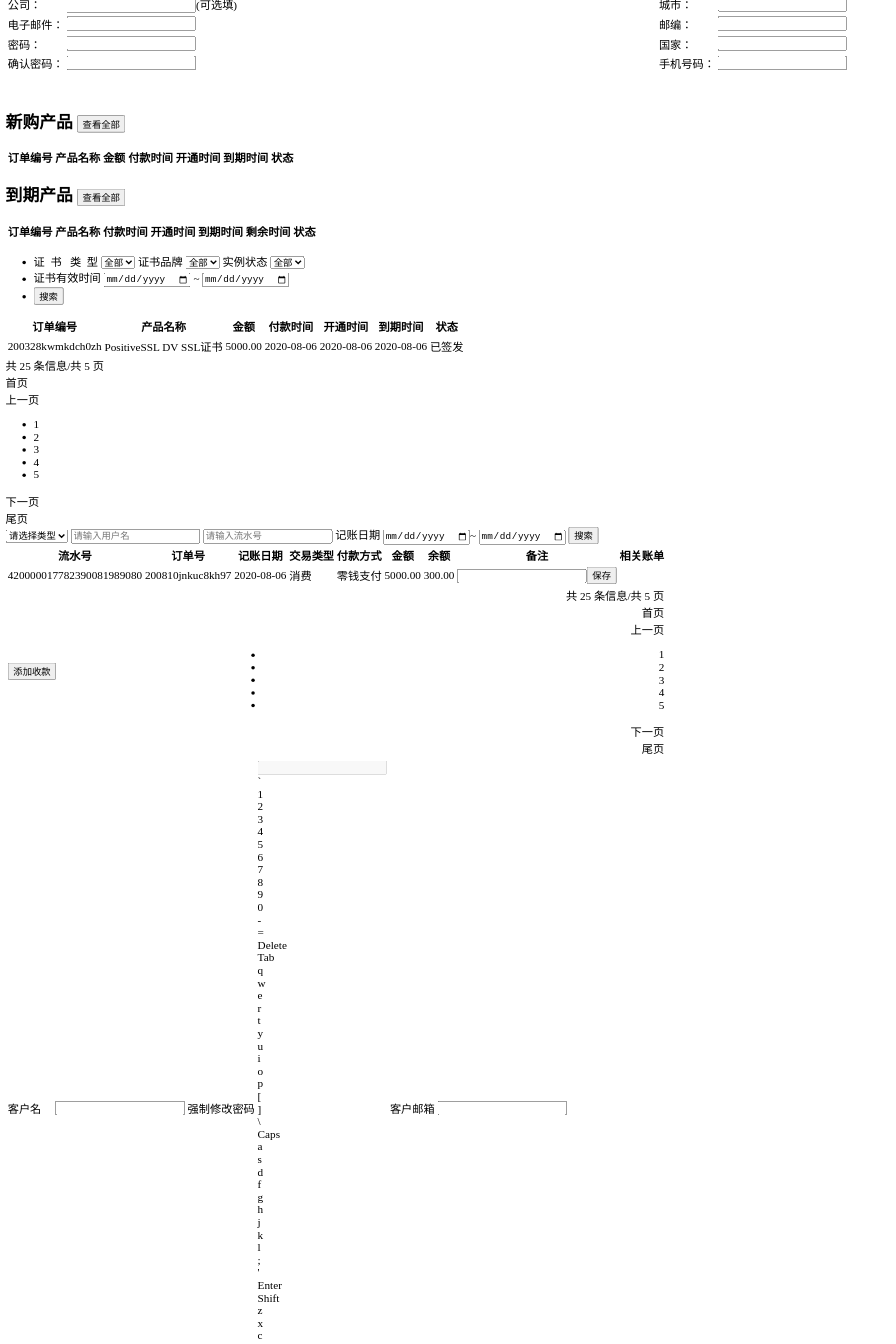
Repository: wangyan466393/racentSystem
Page: customerData.html
An editor plug-in stored every save of this project. The page is shown before and after the next save, followed by the edit.
The browser window is 1280 px wide. The pictures show the part of the page from y = 1288 to 3208 px (the page is 3483 px tall), at 70% of full size.

Above is the page before, as saved 2020-08-13 17:46:13.

After the next save:
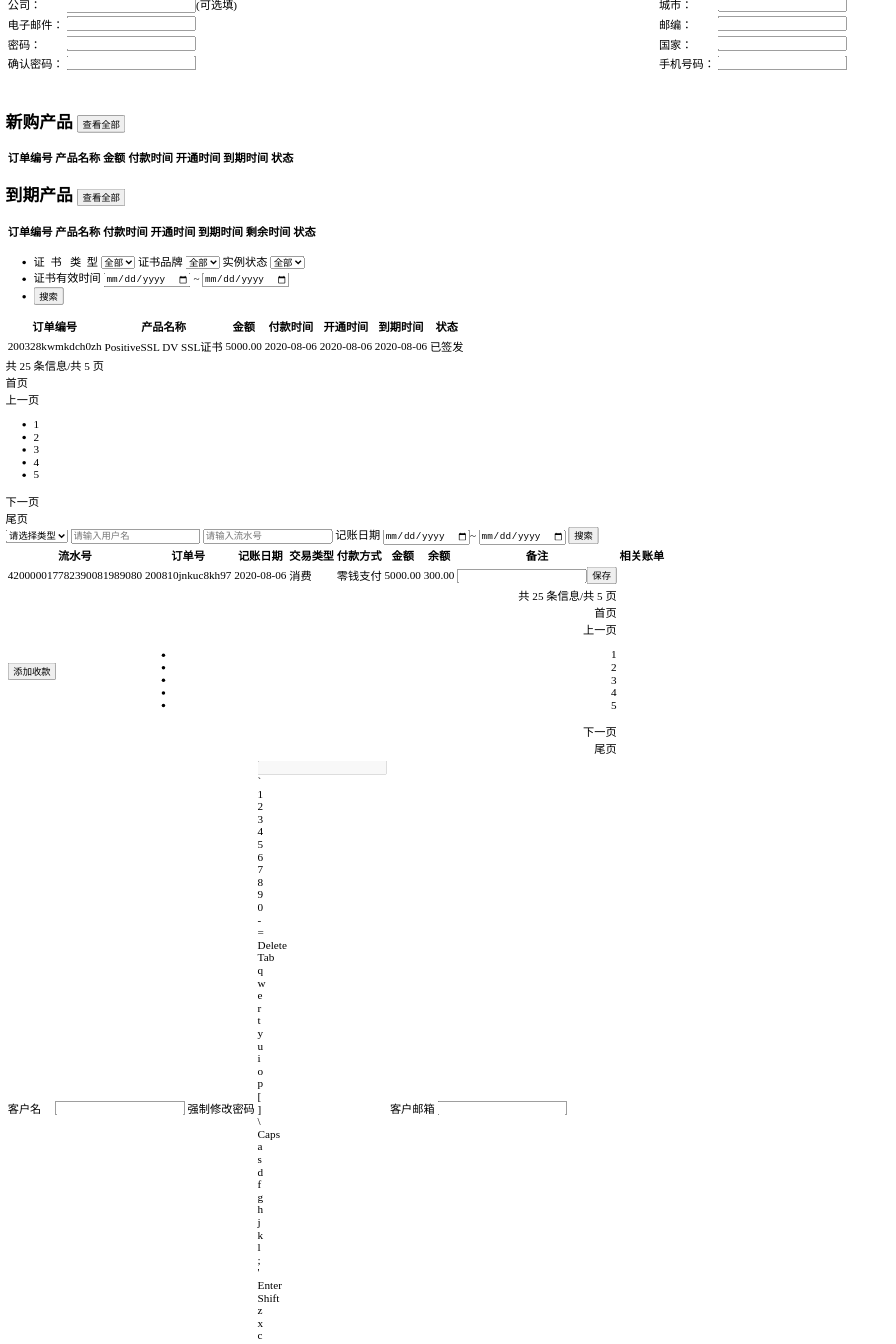
Saved 14 s later.
--- a/customerData.html
+++ b/customerData.html
@@ -422,7 +422,7 @@
                     </tbody>
                     <tfoot>
                         <tr class="checkall_btn">
-                            <td align="left" colspan="2">
+                            <td align="left" >
                                 <button type="button">添加收款</button>
                             </td>
                             <td colspan="7" align="right">
